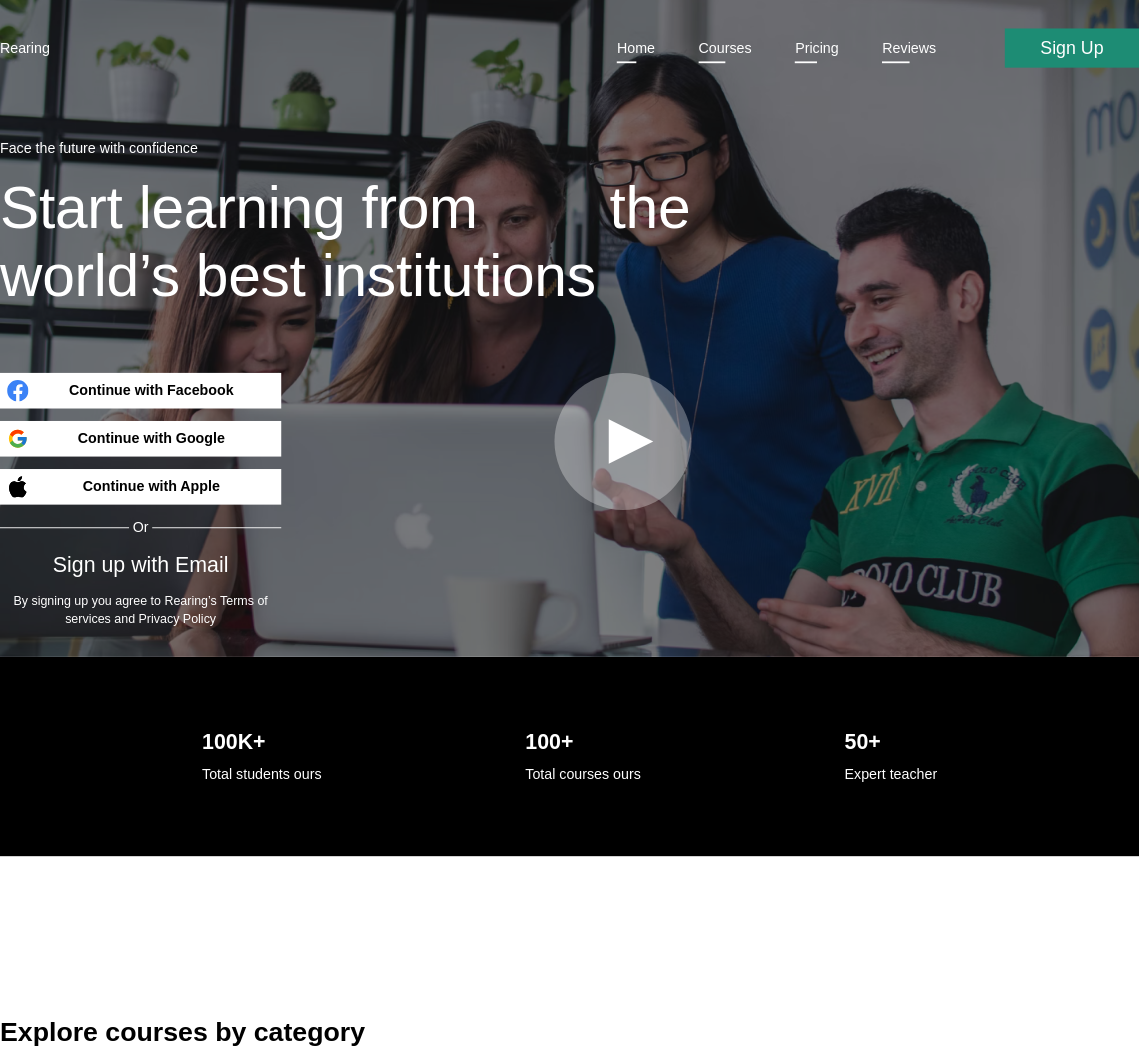
Repository: vandangnhathung/educationplatform
Page: /
These files come from the project's save history. The page is drawn as it stood at one moment and after the next save; the edit follows.
The browser window is 1280 px wide. The pictures show the whole page, at 89% of full size.
The project was rebuilt for these pictures with package versions that can differ from the ones it lists, and the page was loaded fresh each time.

Above is the page before, as saved 2022-06-21 09:02:36.

After the next save:
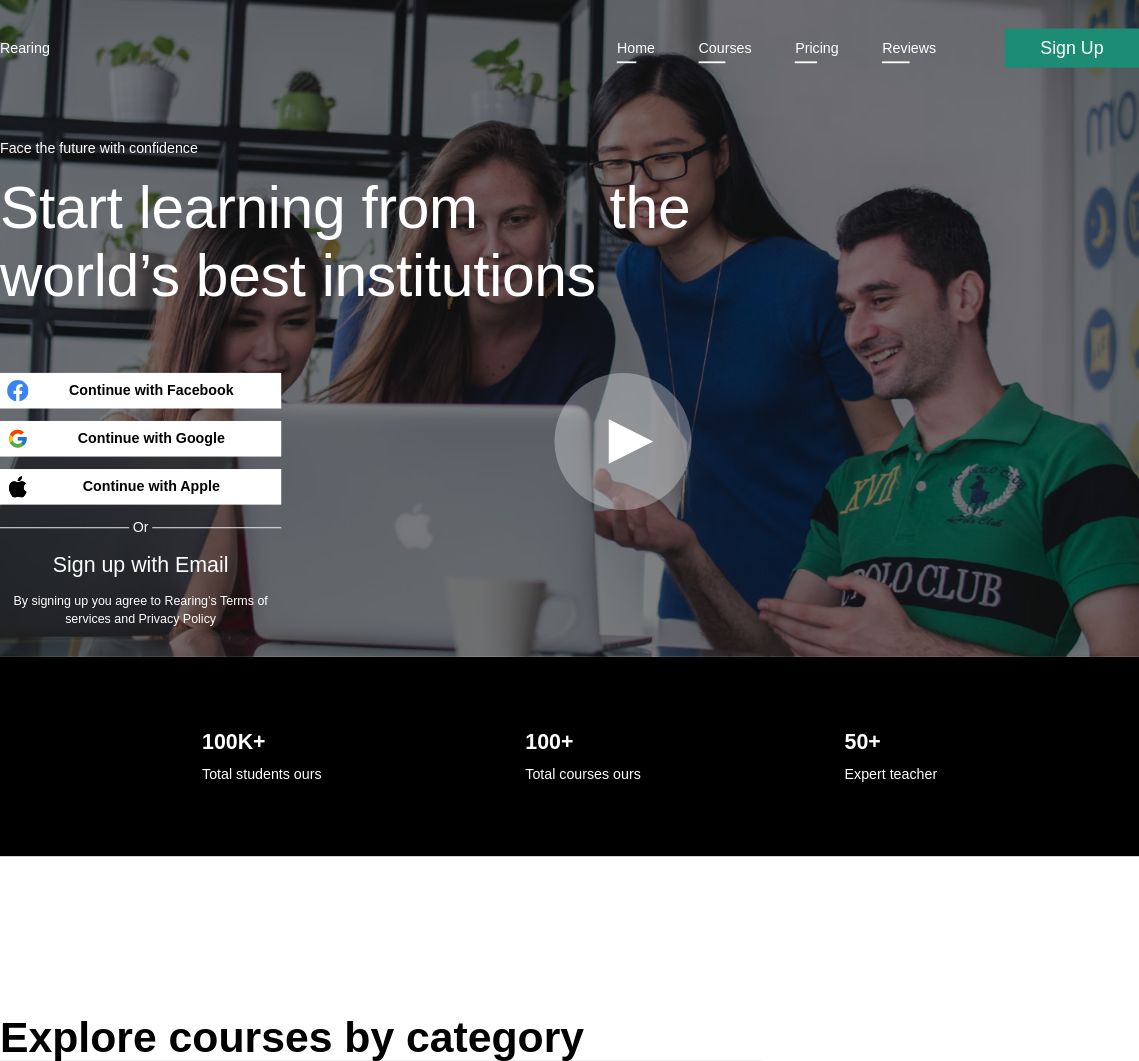
Saved 7 s later.
--- a/src/components/category/Category.js
+++ b/src/components/category/Category.js
@@ -5,7 +5,7 @@ const Category = () => {
     <div className="container pt-[180px]">
       <div className="flex flex-col gap-x-[55px]">
         <div className="flex items-center justify-between max-w-[970px]">
-          <h2 className="text-3xl font-bold">Explore courses by category</h2>
+          <h2 className="text-5xl font-bold">Explore courses by category</h2>
         </div>
       </div>
     </div>
